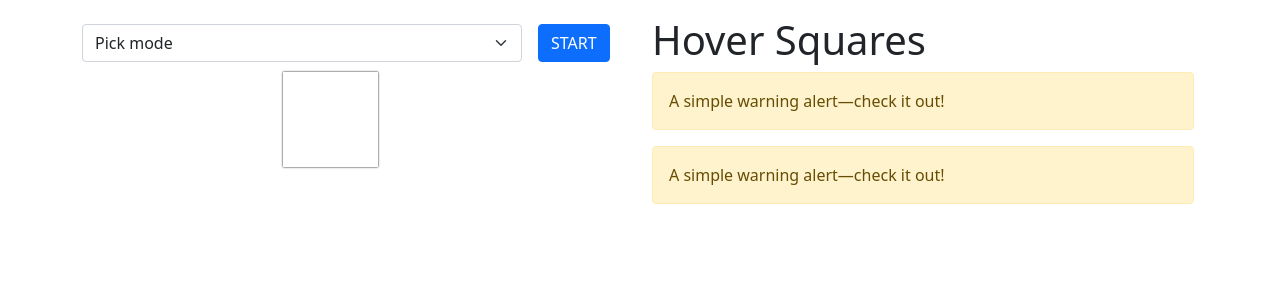
Repository: tsydikov/StarNaviTestTask
Page: /
These files come from the project's save history. The page is drawn as it stood at one moment and after the next save; the edit follows.
The browser window is 1280 px wide. The pictures show the whole page.
The project was rebuilt for these pictures with package versions that can differ from the ones it lists, and the page was loaded fresh each time.

Above is the page before, as saved 2021-08-13 20:22:54.

After the next save:
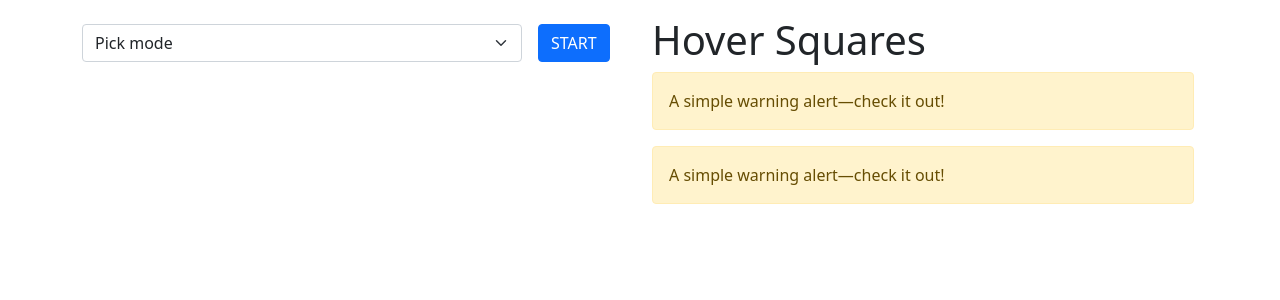
Saved 77 s later.
--- a/src/App.js
+++ b/src/App.js
@@ -8,7 +8,7 @@ import './App.css'
 function App() {
 const [mode, setMode] = useState('0')
 const [squares, setSquares] = useState([])
-const [className,setclassName] = useState('square')
+const [className,setClassName] = useState('square5')
 const url ='https://demo1030918.mockable.io/'
 
 
@@ -28,15 +28,15 @@ async function start() {
   let squares = []
   switch (squaresNumber) {
     case 5:
-      setclassName('square');
+      setClassName('square5');
     break;
     case 10:
-      setclassName('square5');
+      setClassName('square5');
     break;
     case 15:
-      setclassName('square10');
+      setClassName('square10');
     break;
-    default: setclassName('square');
+    default: setClassName('');
   }
   // console.log(squares)
       for (let i = 0; i < squaresNumber; i++) {
@@ -69,7 +69,6 @@ async function start() {
           <div className="row">
             <div className="col">
               <div className="containerSquares" >
-                <div className={className} />
                 {squares.map(() =><div className={className} />)}
 
                 {/* <div className="square"></div>
